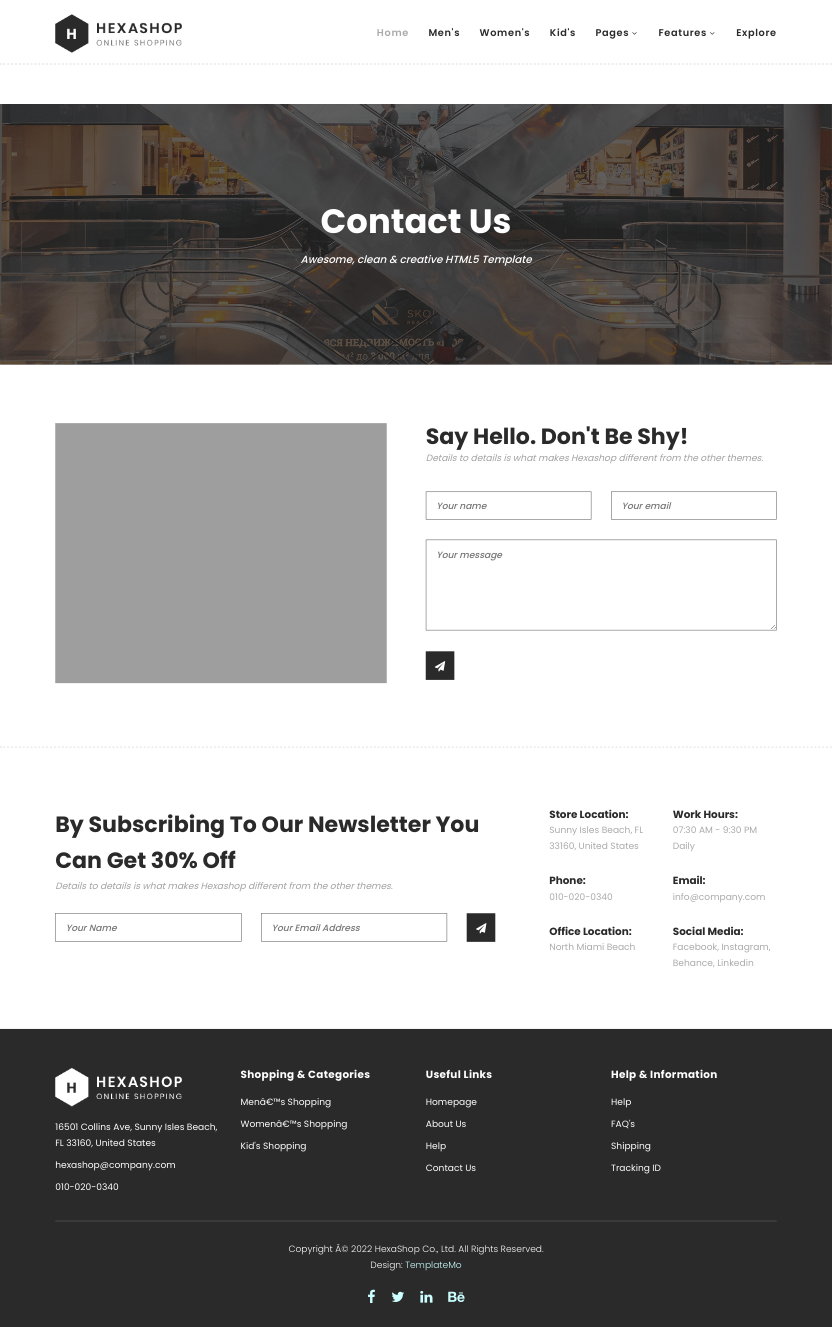
Repository: anmoltrivedi2111/JAVA
Page: http://localhost/HexaShop/Signup.jsp
An editor plug-in stored every save of this project. The page is shown before and after the next save, followed by the edit.
The browser window is 1280 px wide. The pictures show the whole page, at 65% of full size.
Pictures or frames that could not be fetched are drawn as grey boxes. The page is served by Tomcat 9. Other server files are loaded and not shown.

Above is the page before, as saved 2025-05-21 05:11:00.
Console error: TypeError: Cannot read properties of undefined (reading 'top')

### eclipse-workspace/HexaShop/src/main/webapp/Signup.jsp
<!DOCTYPE html>
<html lang="en">

<%@ include file="header.jsp" %>

    <!-- ***** Main Banner Area Start ***** -->
    <div class="page-heading about-page-heading" id="top">
        <div class="container">
            <div class="row">
                <div class="col-lg-12">
                    <div class="inner-content">
                        <h2>Contact Us</h2>
                        <span>Awesome, clean &amp; creative HTML5 Template</span>
                    </div>
                </div>
            </div>
        </div>
    </div>
    <!-- ***** Main Banner Area End ***** -->

    <!-- ***** Contact Area Starts ***** -->
    <div class="contact-us">
        <div class="container">
            <div class="row">
                <div class="col-lg-6">
                    <div id="map">
                      <iframe src="https://www.google.com/maps/embed?pb=!1m18!1m12!1m3!1d90186.37207676383!2d-80.13495239500924!3d25.9317678710111!2m3!1f0!2f0!3f0!3m2!1i1024!2i768!4f13.1!3m3!1m2!1s0x88d9ad1877e4a82d%3A0xa891714787d1fb5e!2sPier%20Park!5e1!3m2!1sen!2sth!4v1637512439384!5m2!1sen!2sth" width="100%" height="400px" frameborder="0" style="border:0" allowfullscreen></iframe>
                      <!-- You can simply copy and paste "Embed a map" code from Google Maps for any location. -->

                    </div>
                </div>
                <div class="col-lg-6">
                    <div class="section-heading">
                        <h2>Say Hello. Don't Be Shy!</h2>
                        <span>Details to details is what makes Hexashop different from the other themes.</span>
                    </div>
                    <form id="contact" action="" method="post">
                        <div class="row">
                          <div class="col-lg-6">
                            <fieldset>
                              <input name="name" type="text" id="name" placeholder="Your name" required="">
                            </fieldset>
                          </div>
                          <div class="col-lg-6">
                            <fieldset>
                              <input name="email" type="text" id="email" placeholder="Your email" required="">
                            </fieldset>
                          </div>
                          <div class="col-lg-12">
                            <fieldset>
                              <textarea name="message" rows="6" id="message" placeholder="Your message" required=""></textarea>
                            </fieldset>
                          </div>
                          <div class="col-lg-12">
                            <fieldset>
                              <button type="submit" id="form-submit" class="main-dark-button"><i class="fa fa-paper-plane"></i></button>
                          </div>
                        </div>
                      </form>
                </div>
            </div>
        </div>
    </div>
    <!-- ***** Contact Area Ends ***** -->

    <!-- ***** Subscribe Area Starts ***** -->
    <div class="subscribe">
        <div class="container">
            <div class="row">
                <div class="col-lg-8">
                    <div class="section-heading">
                        <h2>By Subscribing To Our Newsletter You Can Get 30% Off</h2>
                        <span>Details to details is what makes Hexashop different from the other themes.</span>
                    </div>
                    <form id="subscribe" action="" method="get">
                        <div class="row">
                          <div class="col-lg-5">
                            <fieldset>
                              <input name="name" type="text" id="name" placeholder="Your Name" required="">
                            </fieldset>
                          </div>
                          <div class="col-lg-5">
                            <fieldset>
                              <input name="email" type="text" id="email" pattern="[^ @]*@[^ @]*" placeholder="Your Email Address" required="">
                            </fieldset>
                          </div>
                          <div class="col-lg-2">
                            <fieldset>
                              <button type="submit" id="form-submit" class="main-dark-button"><i class="fa fa-paper-plane"></i></button>
                            </fieldset>
                          </div>
                        </div>
                    </form>
                </div>
                <div class="col-lg-4">
                    <div class="row">
                        <div class="col-6">
                            <ul>
                                <li>Store Location:<br><span>Sunny Isles Beach, FL 33160, United States</span></li>
                                <li>Phone:<br><span>010-020-0340</span></li>
                                <li>Office Location:<br><span>North Miami Beach</span></li>
                            </ul>
                        </div>
                        <div class="col-6">
                            <ul>
                                <li>Work Hours:<br><span>07:30 AM - 9:30 PM Daily</span></li>
                                <li>Email:<br><span>info@company.com</span></li>
                                <li>Social Media:<br><span><a href="#">Facebook</a>, <a href="#">Instagram</a>, <a href="#">Behance</a>, <a href="#">Linkedin</a></span></li>
                            </ul>
                        </div>
                    </div>
                </div>
            </div>
        </div>
    </div>
    <!-- ***** Subscribe Area Ends ***** -->

 <%@include file="footer.jsp" %>

    <!-- jQuery -->
    <script src="assets/js/jquery-2.1.0.min.js"></script>

    <!-- Bootstrap -->
    <script src="assets/js/popper.js"></script>
    <script src="assets/js/bootstrap.min.js"></script>

    <!-- Plugins -->
    <script src="assets/js/owl-carousel.js"></script>
    <script src="assets/js/accordions.js"></script>
    <script src="assets/js/datepicker.js"></script>
    <script src="assets/js/scrollreveal.min.js"></script>
    <script src="assets/js/waypoints.min.js"></script>
    <script src="assets/js/jquery.counterup.min.js"></script>
    <script src="assets/js/imgfix.min.js"></script>
    <script src="assets/js/slick.js"></script>
    <script src="assets/js/lightbox.js"></script>
    <script src="assets/js/isotope.js"></script>

    <!-- Global Init -->
    <script src="assets/js/custom.js"></script>

    <script>

        $(function() {
            var selectedClass = "";
            $("p").click(function(){
            selectedClass = $(this).attr("data-rel");
            $("#portfolio").fadeTo(50, 0.1);
                $("#portfolio div").not("."+selectedClass).fadeOut();
            setTimeout(function() {
              $("."+selectedClass).fadeIn();
              $("#portfolio").fadeTo(50, 1);
            }, 500);

            });
        });

    </script>

  </body>

</html>

### eclipse-workspace/HexaShop/src/main/webapp/header.jsp
  <head>

    <meta charset="utf-8">
    <meta name="viewport" content="width=device-width, initial-scale=1, shrink-to-fit=no">
    <meta name="description" content="">
    <meta name="author" content="">
    <link href="https://fonts.googleapis.com/css?family=Poppins:100,200,300,400,500,600,700,800,900&display=swap" rel="stylesheet">

    <title>Hexashop Ecommerce HTML CSS Template</title>


    <!-- Additional CSS Files -->
    <link rel="stylesheet" type="text/css" href="assets/css/bootstrap.min.css">

    <link rel="stylesheet" type="text/css" href="assets/css/font-awesome.css">

    <link rel="stylesheet" href="assets/css/templatemo-hexashop.css">

    <link rel="stylesheet" href="assets/css/owl-carousel.css">

    <link rel="stylesheet" href="assets/css/lightbox.css">
<!--

TemplateMo 571 Hexashop

https://templatemo.com/tm-571-hexashop

-->
    </head>

    <body>

    <!-- ***** Preloader Start ***** -->
    <div id="preloader">
        <div class="jumper">
            <div></div>
            <div></div>
            <div></div>
        </div>
    </div>
    <!-- ***** Preloader End ***** -->


    <!-- ***** Header Area Start ***** -->
    <header class="header-area header-sticky">
        <div class="container">
            <div class="row">
                <div class="col-12">
                    <nav class="main-nav">
                        <!-- ***** Logo Start ***** -->
                        <a href="index.jsp" class="logo">
                            <img src="assets/images/logo.png">
                        </a>
                        <!-- ***** Logo End ***** -->
                        <!-- ***** Menu Start ***** -->
                        <ul class="nav">
                            <li class="scroll-to-section"><a href="#top" class="active">Home</a></li>
                            <li class="scroll-to-section"><a href="#men">Men's</a></li>
                            <li class="scroll-to-section"><a href="#women">Women's</a></li>
                            <li class="scroll-to-section"><a href="#kids">Kid's</a></li>
                            <li class="submenu">
                                <a href="javascript:;">Pages</a>
                                <ul>
                                    <li><a href="about.jsp">About Us</a></li>
                                    <li><a href="products.jsp">Products</a></li>
                                    <li><a href="single-product.jsp">Single Product</a></li>
                                    <li><a href="contact.jsp">Contact Us</a></li>
                                </ul>
                            </li>
                            <li class="submenu">
                                <a href="javascript:;">Features</a>
                                <ul>
                                    <li><a href="#">Features Page 1</a></li>
                                    <li><a href="#">Features Page 2</a></li>
                                    <li><a href="#">Features Page 3</a></li>
                                    <li><a rel="nofollow" href="https://templatemo.com/page/4" target="_blank">Template Page 4</a></li>
                                </ul>
                            </li>
                            <li class="scroll-to-section"><a href="#explore">Explore</a></li>
                        </ul>
                        <a class='menu-trigger'>
                            <span>Menu</span>
                        </a>
                        <!-- ***** Menu End ***** -->
                    </nav>
                </div>
            </div>
        </div>
    </header>
    <!-- ***** Header Area End ***** -->

### eclipse-workspace/HexaShop/src/main/webapp/footer.jsp
   <!-- ***** Footer Start ***** -->
    <footer>
        <div class="container">
            <div class="row">
                <div class="col-lg-3">
                    <div class="first-item">
                        <div class="logo">
                            <img src="assets/images/white-logo.png" alt="hexashop ecommerce templatemo">
                        </div>
                        <ul>
                            <li><a href="#">16501 Collins Ave, Sunny Isles Beach, FL 33160, United States</a></li>
                            <li><a href="#">hexashop@company.com</a></li>
                            <li><a href="#">010-020-0340</a></li>
                        </ul>
                    </div>
                </div>
                <div class="col-lg-3">
                    <h4>Shopping &amp; Categories</h4>
                    <ul>
                        <li><a href="#">Men’s Shopping</a></li>
                        <li><a href="#">Women’s Shopping</a></li>
                        <li><a href="#">Kid's Shopping</a></li>
                    </ul>
                </div>
                <div class="col-lg-3">
                    <h4>Useful Links</h4>
                    <ul>
                        <li><a href="#">Homepage</a></li>
                        <li><a href="#">About Us</a></li>
                        <li><a href="#">Help</a></li>
                        <li><a href="#">Contact Us</a></li>
                    </ul>
                </div>
                <div class="col-lg-3">
                    <h4>Help &amp; Information</h4>
                    <ul>
                        <li><a href="#">Help</a></li>
                        <li><a href="#">FAQ's</a></li>
                        <li><a href="#">Shipping</a></li>
                        <li><a href="#">Tracking ID</a></li>
                    </ul>
                </div>
                <div class="col-lg-12">
                    <div class="under-footer">
                        <p>Copyright © 2022 HexaShop Co., Ltd. All Rights Reserved.

                        <br>Design: <a href="https://templatemo.com" target="_parent" title="free css templates">TemplateMo</a></p>
                        <ul>
                            <li><a href="#"><i class="fa fa-facebook"></i></a></li>
                            <li><a href="#"><i class="fa fa-twitter"></i></a></li>
                            <li><a href="#"><i class="fa fa-linkedin"></i></a></li>
                            <li><a href="#"><i class="fa fa-behance"></i></a></li>
                        </ul>
                    </div>
                </div>
            </div>
        </div>
    </footer>

### eclipse-workspace/HexaShop/src/main/webapp/assets/css/owl-carousel.css
/**
 * Owl Carousel v2.3.4
 * Copyright 2013-2018 David Deutsch
 * Licensed under: SEE LICENSE IN https://github.com/OwlCarousel2/OwlCarousel2/blob/master/LICENSE
 */
/*
 *  Owl Carousel - Core
 */
.owl-carousel {
  display: none;
  width: 100%;
  -webkit-tap-highlight-color: transparent;
  /* position relative and z-index fix webkit rendering fonts issue */
  position: relative;
  z-index: 1; }
  .owl-carousel .owl-stage {
    position: relative;
    -ms-touch-action: pan-Y;
    touch-action: manipulation;
    -moz-backface-visibility: hidden;
    /* fix firefox animation glitch */ }
  .owl-carousel .owl-stage:after {
    content: ".";
    display: block;
    clear: both;
    visibility: hidden;
    line-height: 0;
    height: 0; }
  .owl-carousel .owl-stage-outer {
    position: relative;
    overflow: hidden;
    /* fix for flashing background */
    -webkit-transform: translate3d(0px, 0px, 0px); }
  .owl-carousel .owl-wrapper,
  .owl-carousel .owl-item {
    -webkit-backface-visibility: hidden;
    -moz-backface-visibility: hidden;
    -ms-backface-visibility: hidden;
    -webkit-transform: translate3d(0, 0, 0);
    -moz-transform: translate3d(0, 0, 0);
    -ms-transform: translate3d(0, 0, 0); }
  .owl-carousel .owl-item {
    position: relative;
    min-height: 1px;
    float: left;
    -webkit-backface-visibility: hidden;
    -webkit-tap-highlight-color: transparent;
    -webkit-touch-callout: none; }
  .owl-carousel .owl-item img {
    display: block;
    width: 100%; }
  .owl-carousel .owl-nav.disabled,
  .owl-carousel .owl-dots.disabled {
    display: none; }
  .owl-carousel .owl-nav .owl-prev,
  .owl-carousel .owl-nav .owl-next,
  .owl-carousel .owl-dot {
    cursor: pointer;
    -webkit-user-select: none;
    -khtml-user-select: none;
    -moz-user-select: none;
    -ms-user-select: none;
    user-select: none; }
  .owl-carousel .owl-nav button.owl-prev,
  .owl-carousel .owl-nav button.owl-next,
  .owl-carousel button.owl-dot {
    background: none;
    color: inherit;
    border: none;
    padding: 0 !important;
    font: inherit; }
  .owl-carousel.owl-loaded {
    display: block; }
  .owl-carousel.owl-loading {
    opacity: 0;
    display: block; }
  .owl-carousel.owl-hidden {
    opacity: 0; }
  .owl-carousel.owl-refresh .owl-item {
    visibility: hidden; }
  .owl-carousel.owl-drag .owl-item {
    -ms-touch-action: pan-y;
        touch-action: pan-y;
    -webkit-user-select: none;
    -moz-user-select: none;
    -ms-user-select: none;
    user-select: none; }
  .owl-carousel.owl-grab {
    cursor: move;
    cursor: grab; }
  .owl-carousel.owl-rtl {
    direction: rtl; }
  .owl-carousel.owl-rtl .owl-item {
    float: right; }

/* No Js */
.no-js .owl-carousel {
  display: block; }

/*
 *  Owl Carousel - Animate Plugin
 */
.owl-carousel .animated {
  animation-duration: 1000ms;
  animation-fill-mode: both; }

.owl-carousel .owl-animated-in {
  z-index: 0; }

.owl-carousel .owl-animated-out {
  z-index: 1; }

.owl-carousel .fadeOut {
  animation-name: fadeOut; }

@keyframes fadeOut {
  0% {
    opacity: 1; }
  100% {
    opacity: 0; } }

/*
 * 	Owl Carousel - Auto Height Plugin
 */
.owl-height {
  transition: height 500ms ease-in-out; }

/*
 * 	Owl Carousel - Lazy Load Plugin
 */
.owl-carousel .owl-item {
  /**
			This is introduced due to a bug in IE11 where lazy loading combined with autoheight plugin causes a wrong
			calculation of the height of the owl-item that breaks page layouts
		 */ }
  .owl-carousel .owl-item .owl-lazy {
    opacity: 0;
    transition: opacity 400ms ease; }
  .owl-carousel .owl-item .owl-lazy[src^=""], .owl-carousel .owl-item .owl-lazy:not([src]) {
    max-height: 0; }
  .owl-carousel .owl-item img.owl-lazy {
    transform-style: preserve-3d; }

/*
 * 	Owl Carousel - Video Plugin
 */
.owl-carousel .owl-video-wrapper {
  position: relative;
  height: 100%;
  background: #000; }

.owl-carousel .owl-video-play-icon {
  position: absolute;
  height: 80px;
  width: 80px;
  left: 50%;
  top: 50%;
  margin-left: -40px;
  margin-top: -40px;
  background: url("owl.video.play.png") no-repeat;
  cursor: pointer;
  z-index: 1;
  -webkit-backface-visibility: hidden;
  transition: transform 100ms ease; }

.owl-carousel .owl-video-play-icon:hover {
  -ms-transform: scale(1.3, 1.3);
      transform: scale(1.3, 1.3); }

.owl-carousel .owl-video-playing .owl-video-tn,
.owl-carousel .owl-video-playing .owl-video-play-icon {
  display: none; }

.owl-carousel .owl-video-tn {
  opacity: 0;
  height: 100%;
  background-position: center center;
  background-repeat: no-repeat;
  background-size: contain;
  transition: opacity 400ms ease; }

.owl-carousel .owl-video-frame {
  position: relative;
  z-index: 1;
  height: 100%;
  width: 100%; }

Loaded but not shown: eclipse-workspace/HexaShop/src/main/webapp/assets/css/bootstrap.min.css (library); eclipse-workspace/HexaShop/src/main/webapp/assets/css/font-awesome.css (library); eclipse-workspace/HexaShop/src/main/webapp/assets/css/lightbox.css (library); eclipse-workspace/HexaShop/src/main/webapp/assets/js/jquery-2.1.0.min.js (library); eclipse-workspace/HexaShop/src/main/webapp/assets/js/popper.js (library); eclipse-workspace/HexaShop/src/main/webapp/assets/js/bootstrap.min.js (library); eclipse-workspace/HexaShop/src/main/webapp/assets/js/accordions.js (library); eclipse-workspace/HexaShop/src/main/webapp/assets/js/scrollreveal.min.js (library); eclipse-workspace/HexaShop/src/main/webapp/assets/js/waypoints.min.js (library); eclipse-workspace/HexaShop/src/main/webapp/assets/js/jquery.counterup.min.js (common file); eclipse-workspace/HexaShop/src/main/webapp/assets/js/imgfix.min.js (library); eclipse-workspace/HexaShop/src/main/webapp/assets/js/slick.js (library); eclipse-workspace/HexaShop/src/main/webapp/assets/js/lightbox.js (library); eclipse-workspace/HexaShop/src/main/webapp/assets/js/isotope.js (library); eclipse-workspace/HexaShop/src/main/webapp/assets/js/owl-carousel.js (3448 lines, source omitted); eclipse-workspace/HexaShop/src/main/webapp/assets/js/datepicker.js (1671 lines, source omitted); eclipse-workspace/HexaShop/src/main/webapp/assets/js/custom.js (188 lines, source omitted); eclipse-workspace/HexaShop/src/main/webapp/assets/css/templatemo-hexashop.css (2379 lines, source omitted)

After the next save:
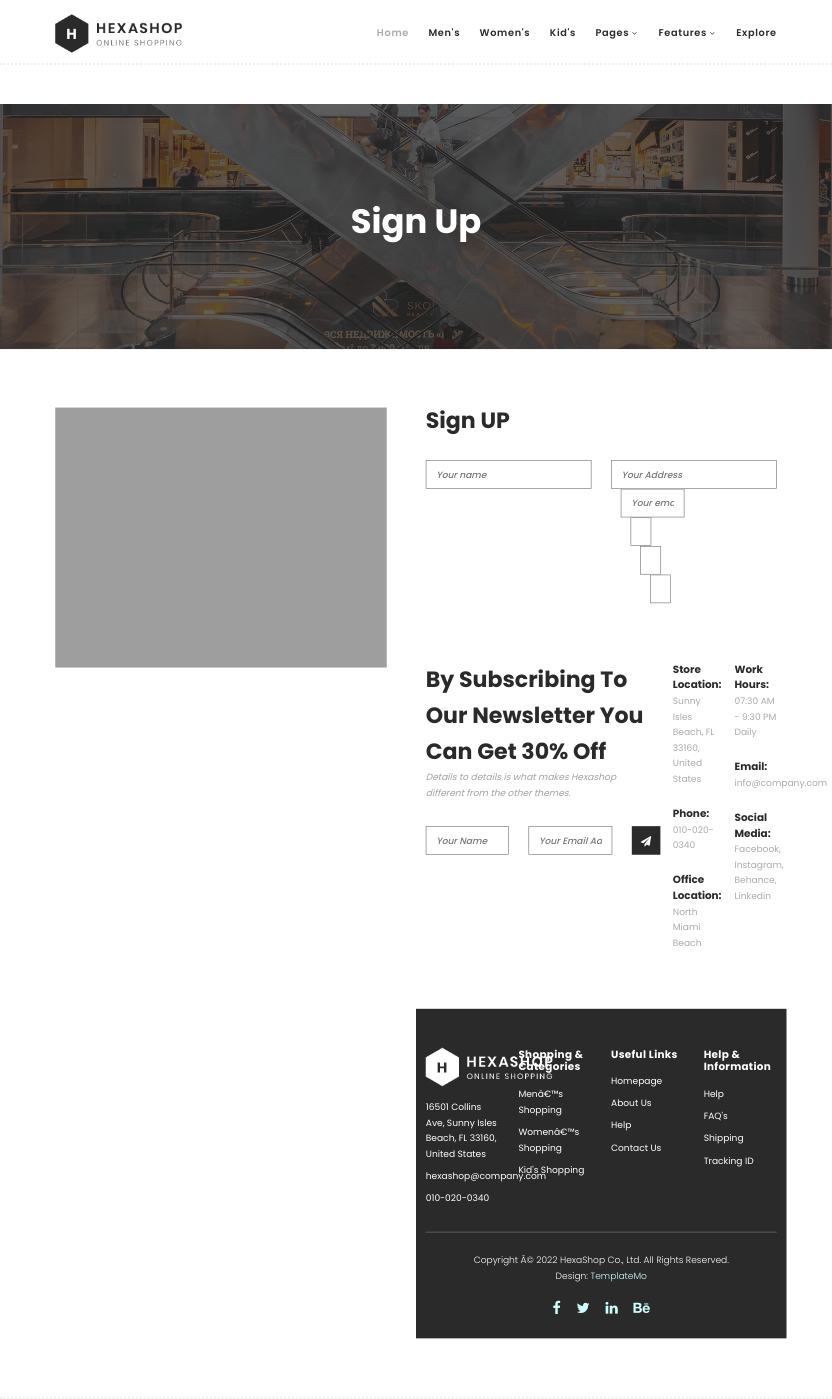
Saved 9 min 5 s later.
--- a/eclipse-workspace/HexaShop/src/main/webapp/Signup.jsp
+++ b/eclipse-workspace/HexaShop/src/main/webapp/Signup.jsp
@@ -9,8 +9,8 @@
             <div class="row">
                 <div class="col-lg-12">
                     <div class="inner-content">
-                        <h2>Contact Us</h2>
-                        <span>Awesome, clean &amp; creative HTML5 Template</span>
+                        <h2>Sign Up</h2>
+
                     </div>
                 </div>
             </div>
@@ -31,30 +31,37 @@
                 </div>
                 <div class="col-lg-6">
                     <div class="section-heading">
-                        <h2>Say Hello. Don't Be Shy!</h2>
-                        <span>Details to details is what makes Hexashop different from the other themes.</span>
+                        <h2>Sign UP</h2>
+
                     </div>
                     <form id="contact" action="" method="post">
                         <div class="row">
                           <div class="col-lg-6">
                             <fieldset>
-                              <input name="name" type="text" id="name" placeholder="Your name" required="">
+                              <input name="cname" type="text" id="name" placeholder="Your name" required="">
                             </fieldset>
                           </div>
                           <div class="col-lg-6">
                             <fieldset>
+                              <input name="cadd" type="text" id="name" placeholder="Your Address" required="">
+                            </fieldset>
+                             <div class="col-lg-6">
+                            <fieldset>
                               <input name="email" type="text" id="email" placeholder="Your email" required="">
                             </fieldset>
-                          </div>
-                          <div class="col-lg-12">
+                         	 <div class="col-lg-6">
                             <fieldset>
-                              <textarea name="message" rows="6" id="message" placeholder="Your message" required=""></textarea>
+                              <input name="mob" type="text" id="email" placeholder="Your Mobile No." required="">
                             </fieldset>
-                          </div>
-                          <div class="col-lg-12">
+                             <div class="col-lg-6">
                             <fieldset>
-                              <button type="submit" id="form-submit" class="main-dark-button"><i class="fa fa-paper-plane"></i></button>
-                          </div>
+                              <input name="unm" type="text" id="email" placeholder="Your Username" required="">
+                            </fieldset>
+                             <div class="col-lg-6">
+                            <fieldset>
+                              <input name="pw" type="password" id="email" placeholder="Your Password" required="">
+                            </fieldset>
+
                         </div>
                       </form>
                 </div>
